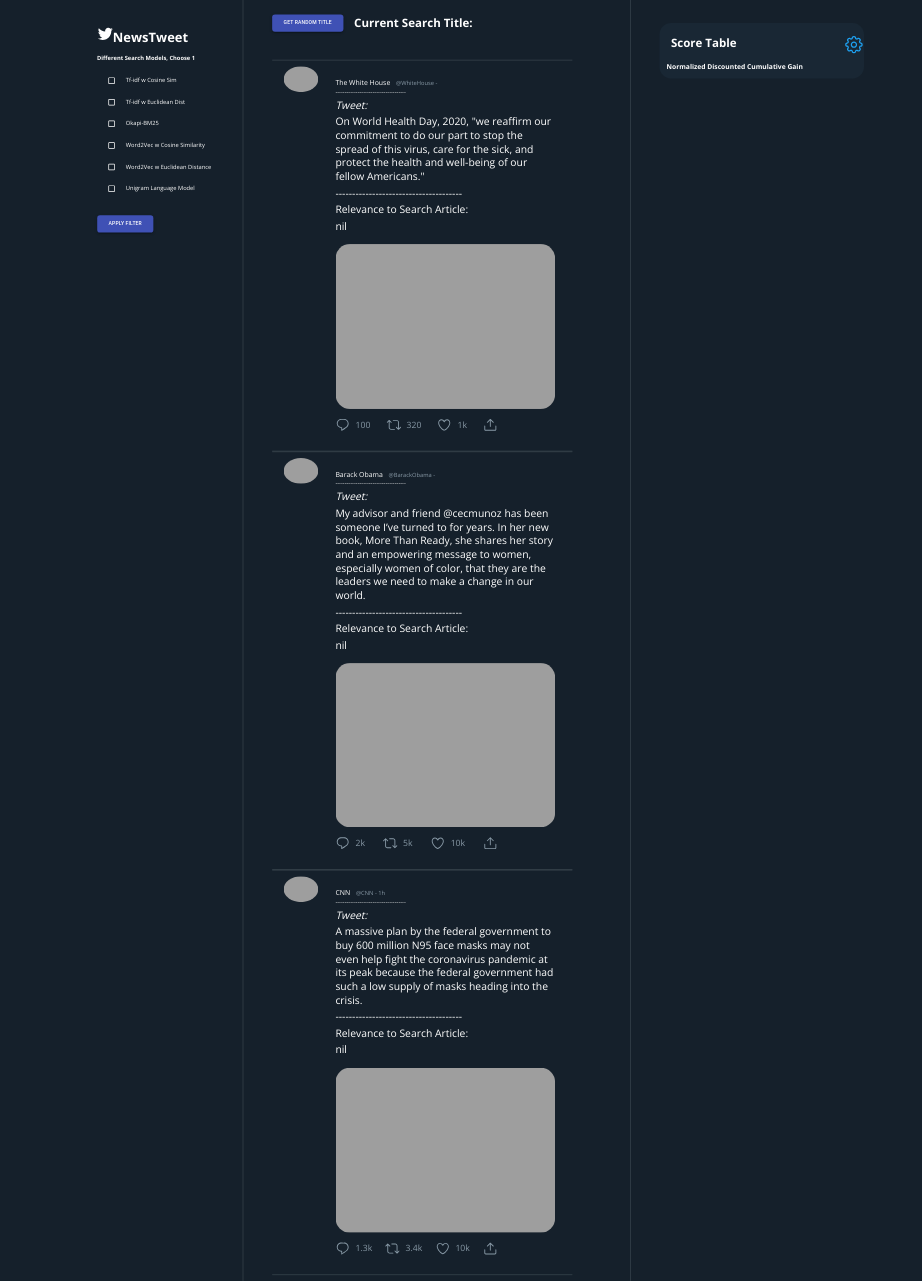
Repository: Dustyik/IR-tweets---disaster-
Page: / (app in Frontend/)
The author's editor kept a copy of each file at every save. The page is drawn from the files as they stood at one save, then again after the next save.
The browser window is 1280 px wide. The pictures show the whole page, at 72% of full size.
Pictures or frames that could not be fetched are drawn as grey boxes. The page's requests for data from a server got no answer. The project was rebuilt for these pictures with package versions that can differ from the ones it lists, and the page was loaded fresh each time. No one was signed in, and anything a server would have sent is missing. Also part of the build but not shown: Frontend/src/components/trending/Trend.js, Frontend/src/components/trending/FollowSuggestionCard.js, Frontend/src/styles/FollowList.css, Frontend/src/components/trending/FollowSuggestionsList.js, Frontend/src/components/StatusCard.js, Frontend/src/pages/Status.js, Frontend/src/components/profile/ProfileHead.js, Frontend/src/components/profile/ProfileDetails.js and 2 more.

Above is the page before, as saved 2021-08-09 17:54:28.

### Frontend/public/index.html
<!DOCTYPE html>
<html lang="en">

<head>
  <meta charset="utf-8" />
  <link rel="icon" href="%PUBLIC_URL%/favicon.ico" />
  <meta name="viewport" content="width=device-width, initial-scale=1" />
  <meta name="theme-color" content="#000000" />
  <meta name="description" content="Web site created using create-react-app" />
  <link rel="apple-touch-icon" href="%PUBLIC_URL%/logo192.png" />
  <link href="https://fonts.googleapis.com/css2?family=Open+Sans:wght@400;700&display=swap" rel="stylesheet">
  <!--
      manifest.json provides metadata used when your web app is installed on a
      user's mobile device or desktop. See https://developers.google.com/web/fundamentals/web-app-manifest/
    -->
  <link rel="manifest" href="%PUBLIC_URL%/manifest.json" />
  <!--
      Notice the use of %PUBLIC_URL% in the tags above.
      It will be replaced with the URL of the `public` folder during the build.
      Only files inside the `public` folder can be referenced from the HTML.

      Unlike "/favicon.ico" or "favicon.ico", "%PUBLIC_URL%/favicon.ico" will
      work correctly both with client-side routing and a non-root public URL.
      Learn how to configure a non-root public URL by running `npm run build`.
    -->
  <title>React App</title>
</head>

<body>
  <noscript>You need to enable JavaScript to run this app.</noscript>
  <div id="root"></div>
  <!--
      This HTML file is a template.
      If you open it directly in the browser, you will see an empty page.

      You can add webfonts, meta tags, or analytics to this file.
      The build step will place the bundled scripts into the <body> tag.

      To begin the development, run `npm start` or `yarn start`.
      To create a production bundle, use `npm run build` or `yarn build`.
    -->
</body>

</html>

### Frontend/src/App.js
import React from 'react';
import { BrowserRouter as Router, Route } from 'react-router-dom';
import './App.css';
import { Sidebar } from './components/Sidebar';
import { Home } from './pages/Home';
import { Trending } from './components/trending/Trending';
import { GlobalProvider } from './context/GlobalState';
import { Status } from './pages/Status';
import ScrollToTop from './utils/ScrollToTop';
import { Profile } from './pages/Profile';

function App() {
  return (
    <GlobalProvider >
      <Router >

        <ScrollToTop>
          <div className="App">
            <div className="side-nav">
              <Sidebar />
            </div>
            <div className="main trending">

              <Route exact path="/" component={Home} />
              { /*
              <Route exact path="/:id" component={Profile} />
              <Route exact path="/status/:id" component={Status} />
              */}


            </div>

            <div className="trending">
              <Trending />
            </div>
          </div>
        </ScrollToTop>

      </Router>
    </GlobalProvider>
  );
}

export default App;

### Frontend/src/App.css
:root {
    --body-bg        : rgb(21, 32, 43);
    --sky-blue       : rgba(29, 161, 242, 1.00);
    --light          : rgba(255, 255, 2555);
    --grey           : rgb(136, 153, 166);
    --border         : rgb(56, 68, 77);
    --thick-border   : rgb(37, 51, 65);
    --thick-border   : rgb(37, 51, 65);
    --card-background: rgb(25, 39, 52);
}

body {
    background-color: var(--body-bg);
    font-family     : 'Open Sans', sans-serif;
    padding         : 0;
    margin          : 0;
    color           : var(--light);
}

html {
    font-size: 8px;
}

::-webkit-input-placeholder {
    /* Chrome/Opera/Safari */
    font-size  : 2.5rem;
    color      : #9197a3;
    font-weight: 400;
}

::-moz-placeholder {
    /* Firefox 19+ */
    font-size  : 2.5rem;
    color      : #9197a3;
    font-weight: 400;
}

:-ms-input-placeholder {
    /* IE 10+ */
    font-size  : 2.5rem;
    color      : #9197a3;
    font-weight: 400;
}

:-moz-placeholder {
    /* Firefox 18- */
    font-size  : 2.5rem;
    color      : #9197a3;
    font-weight: 400;
}

.App {
    display              : grid;
    grid-template-columns: 2.5fr 4fr 3fr;
}

.side-nav {
    padding-left: 40%;
    padding-top : 3rem;
}

.side-nav svg {
    fill : var(--light);
    width: 2.75rem;
}

.side-nav svg:hover {
    fill: var(--sky-blue);
}

.side-nav-item {
    padding: 2rem 0;

}

.side-nav .side-nav-item .side-nav-text {
    font-size     : 2.25rem;
    font-weight   : 700;
    color         : var(--light);
    padding-left  : 3rem;
    vertical-align: bottom;
}

.avatar {
    display: inline;
}

.avatar img {
    border-radius: 50%;
}


/* helper classes */
.p-0 {
    padding: 0
}


.pl-0 {
    padding-left: 0
}

.p-1 {
    padding: 1rem;
}

.p-2 {
    padding: 2rem
}

.pr-0 {
    padding-right: 0
}

.pb-1 {
    padding-bottom: 1rem;
}

.m-0 {
    margin: 0
}

.mb-0 {
    margin-bottom: 0;
}

.text-center {
    text-align: center;
}

.w-100 {
    width: 100%;
}

.pl-1 {
    padding-left: 1rem;
}

.pr-1 {
    padding-right: 1rem;
}

ul {
    list-style: none;
}

.flex-align-center {
    display    : flex;
    align-items: center;
}

.flex-space-between {
    display        : flex;
    justify-content: space-between;
}

.inline-block {
    display: inline-block;

}


.btn {
    color      : var(--light);
    font-weight: 700;
    cursor     : pointer;
    border     : none;
    background : transparent;
}

.tweet-btn {
    border-radius   : 4rem;
    font-size       : 2rem;
    padding         : 1.5rem;
    background-color: var(--sky-blue);
    width           : 80%;
}

.follow-btn {
    border-radius: 3rem;
    font-size    : 2rem;
    padding      : 0.5rem;
    font-weight  : 700;
    color        : var(--sky-blue);
    border       : 1px solid var(--sky-blue);
}

.pointer {
    cursor: pointer;
}

.bold-dull-para {
    font-size: 1.75rem;
    color    : var(--grey);
}

a {
    text-decoration: none;
    color          : inherit;
}

h1 {
    font-size  : 2.25rem;
    font-weight: 700;
    color      : var(--light);
}

h2 {
    font-size  : 2rem;
    font-weight: 700;
    color      : var(--light);
}

input:focus {
    outline: none;
}

### Frontend/src/components/Sidebar.js
import React, {useState, useContext} from 'react';
import { Logo, HomeIcon, ExploreIcon, NotificationIcon, MessageIcon, BookmarkIcon, ListsIcon, MoreIcon } from '../images/svg/svgs';
import { SmallAvatar } from '../images/avatars';
import { Checkbox } from '@material-ui/core';
import { Button } from '@material-ui/core';
import * as API from "../apifunctions"
import { GlobalContext } from '../context/GlobalState'
import { uniqueNamesGenerator, Config, adjectives, colors, animals } from 'unique-names-generator';


const SEARCH_MODELS = ["Tf-idf w Cosine Sim", "Tf-idf w Euclidean Dist", "Okapi-BM25", "Word2Vec w Cosine Similarity", "Word2Vec w Euclidean Distance", "Unigram Language Model"]

export const Sidebar = () => {
    const profImageurl = 'https://pbs.twimg.com/profile_images/1247964769669136385/KVCROk2D_bigger.jpg';
    const [searchModelsLocalState, setSearchModelsLocalState] = useState([])

    const {setSearchModels, searchModels, title, removeAllTweets, addTweet, addRankingScore, getRankingScore} = useContext(GlobalContext);

    const checkBoxToggled = (event) => {
        const id = event.id
        const checkValue = event.checked

        if (checkValue){
            setSearchModels(id)
            setSearchModelsLocalState(id)
        }
    }

    const applyFilter = () => {
        API.applySearchFilters(searchModels, title.title, title.id).then(
            res => {
                removeAllTweets()
                const data = JSON.parse(res.data.pandas_data)
                const ranking = res.data.ranking_score
                addRankingScore(ranking)



                console.log(data)

                const relevanceData = data.relevance_score
                const tweetData = data.tweet
                const tweetIdData = data.id
                const relatedArticlesData = data.article_id

                for (let i = 0; i < Object.keys(relevanceData).length; i++){
                    let pxSize = 140 + i*3
                    const newTweet = {
                        name: uniqueNamesGenerator({dictionaries: [adjectives, colors, animals]}),
                        tweet: tweetData[i],
                        relevance: relevanceData[i],
                        image: `https://placeimg.com/${pxSize}/${pxSize}/any`
                    }
                    addTweet(newTweet)
                }

            }
        )
    }

    const createCheckBoxes = () =>
        SEARCH_MODELS.map((e) => {

            return (
                <div>
                <Checkbox
                size = "medium"
                id = {e}
                onChange = {(e) => checkBoxToggled(e.target)}
                checked = {searchModelsLocalState == e}
                >
                </Checkbox>
                {e}

                </div>
            )
        }
    )


    const checkBoxes = createCheckBoxes()

    return (
        <div>
            <div className="side-nav-header">

                <h1>
                <Logo />
                    NewsTweet
                </h1>
            </div>
            <h4>
                Different Search Models,
                Choose 1
            </h4>



            {checkBoxes}

            <div>
                &nbsp;
            </div>
            <div>
                &nbsp;
            </div>

            <Button
                onClick = {applyFilter}
                variant="contained" color="primary">
                Apply Filter
            </Button>



        </div>
    )
}

### Frontend/src/components/trending/Trending.js
import React from 'react';
import '../../styles/Trending.css';
import { SearchIcon } from '../../images/svg/svgs'
import { TrendsList } from './TrendsList';
import { FollowSuggestionsList } from './FollowSuggestionsList';


export const Trending = () => {
    return (
        <>
            <div>

                <div className="trends-list m-0">

                    <TrendsList />

                </div>
                {/*
                <div className="follow-list">
                    <FollowSuggestionsList />
                </div>
                */}
            </div>
        </>
    )
}

### Frontend/src/utils/ScrollToTop.js
import React, { useEffect, Fragment } from 'react';
import { withRouter } from 'react-router-dom';

function ScrollToTop({ history, children }) {
    useEffect(() => {
        const unlisten = history.listen(() => {
            window.scrollTo(0, 0);
        });
        return () => {
            unlisten();
        }
    }, []);

    return <Fragment>{children}</Fragment>;
}

export default withRouter(ScrollToTop);

### Frontend/src/images/avatars.js
import React from 'react'

export const SmallAvatar = ({ width, image }) => {
    return (
        <div className="avatar">
            <img width={width} src={image} alt="avatar" />
        </div>
    )
}

### Frontend/src/apifunctions.js
import axios from 'axios';

export const getTitles = () => {
    console.log("get Titles called")
    return axios.get("http://localhost:5000/getTitles")
}

export const applySearchFilters = (data, title, id) => {
    return axios.post("http://localhost:5000/applySearchModels", {
            data: data,
            queryTitle: title,
            articleId: id

        }
    )
}

### Frontend/src/styles/Main.css
/* main styles */
.main {
    border-left : 1px solid var(--border);
    border-right: 1px solid var(--border);
    ;
}

.home {
    padding-left : 2.5rem;
    border-bottom: 1px solid var(--border);
}

.new-tweet {
    padding              : 1rem;
    display              : grid;
    grid-template-columns: 1fr 9fr;
    border-bottom        : 1rem solid var(--thick-border);
}

.new-tweet .left,
.right {
    padding: 0 1rem;
}

.new-tweet input {
    padding    : 2rem 0;
    background : transparent;
    border     : none;
    color      : var(--light);
    font-size  : 2rem;
    font-weight: 700;
}

.new-tweet-options {
    padding-right  : 1rem;
    display        : flex;
    justify-content: space-between;
    align-items    : center;
}

.new-tweet .add-icons {
    margin-right: 1rem;
}

.new-tweet .add-icons svg {
    width  : 3rem;
    fill   : var(--sky-blue);
    padding: 1rem;
}

.new-tweet .add-icons svg:first-child {
    padding-left: 0;
}

### Frontend/src/components/TweetList.js
import React, { useContext } from 'react'
import TweetCard from './TweetCard'
import { GlobalContext } from '../context/GlobalState'

export const TweetList = () => {
    const { tweets } = useContext(GlobalContext);

    return (
        <>
            {tweets.map((tweet, index) => (<TweetCard key={index} tweet={tweet} />))}
        </>
    )
}

### Frontend/src/styles/Trending.css
.trending {
    padding: 1rem 10rem 1rem 5rem;
}

.trending .search-box {
    width     : 100%;
    background: transparent;

    background-color: var(--thick-border);
    border-radius   : 5rem;
    border          : none;
}

.trending .search-box svg {
    width       : 3rem;
    fill        : var(--grey);
    padding-left: 1rem;

}

.trending .search-box input {
    padding   : 1.5rem;
    font-size : 2rem;
    width     : 100%;
    background: transparent;
    border    : none;
    color     : var(--light);
}

.trends-list {
    background-color: var(--card-background);
    border-radius   : 2rem;
    margin-top      : 3rem;
}

.trends-list h1 {
    padding: 1rem 2rem;

}

.trends-for-you {
    padding-top: 2rem;
    padding-left: 2rem;
}

.trends-for-you svg {
    width: 3.5rem;
    fill : var(--sky-blue);
}

.trends-card {
    border-top   : 1px solid var(--border);
    border-bottom: 1px solid var(--border);
    padding      : 2rem;
}

.trends :last-child {
    border-bottom: none;
}

.trends-topic {
    font-size: 1.5rem;
    color    : var(--grey);
}

.trend-tweet-count {
    font-size: 1.75rem;

}



.trending ::-webkit-input-placeholder {
    /* Chrome/Opera/Safari */
    font-size  : 2rem;
    color      : #9197a3;
    font-weight: 400;
}

.trending ::-moz-placeholder {
    /* Firefox 19+ */
    font-size  : 2rem;
    color      : #9197a3;
    font-weight: 400;
}

.trending :-ms-input-placeholder {
    /* IE 10+ */
    font-size  : 2rem;
    color      : #9197a3;
    font-weight: 400;
}

.trending :-moz-placeholder {
    /* Firefox 18- */
    font-size  : 2rem;
    color      : #9197a3;
    font-weight: 400;
}

### Frontend/src/components/trending/TrendsList.js
import React, {useContext} from 'react';
import { Trend } from '../trending/Trend';
import { SettingsIcon } from '../../images/svg/svgs';

import { GlobalContext } from '../../context/GlobalState'


export const TrendsList = () => {

    const {rankingModel} = useContext(GlobalContext);

    const trends = rankingModel.map((trend) => {
        return {
            name: trend[2],
            topic: '',
            tweets: trend[1]
        }

    }).reverse()
    return (
        <div>
            <div className="trends-for-you flex-space-between">
                <h2 className="m-0">Score Table</h2>
                <SettingsIcon />
            </div>
            <h3 style = {{padding:10}}className="m-0">Normalized Discounted Cumulative Gain </h3>

            <div>
            </div>
            <div className="trends">
                {trends.map(trend => (<Trend trend={trend} />))}
            </div>
        </div>
    )
}

### Frontend/src/context/AppReducer.js
const MAX = 30
const MIN = 0

export default (state, action) => {
    switch (action.type) {

        case "ADD_RANKING_SCORE":
            return {
                ...state,
                rankingModel: [...state.rankingModel, action.payload]
            }


        case 'DELETE_TRANSACTION':
            return {
                ...state,
                transactions: state.transactions.filter(transaction => transaction.id !== action.payload)
            }
        case 'ADD_TWEET':
            const newTweet = {
                user: {
                    name: action.payload.name,
                    image: action.payload.image,
                    handle: `@${action.payload.name}`,
                },
                tweet: {
                    content: action.payload.tweet,
                    image: null,
                    comments: Math.floor(Math.random()*(MAX-MIN)+MIN),
                    retweets: Math.floor(Math.random()*(MAX-MIN)+MIN),
                    likes: Math.floor(Math.random()*(MAX-MIN)+MIN),
                    relevance: action.payload.relevance
                }
            };
            return {
                ...state,
                tweets: [...state.tweets, newTweet]
            }

        case "SET_TITLE":
            return {
            ...state,
            title: action.payload
        }

        case "SET_SEARCH_MODEL":
            return {
            ...state,
            searchModels: action.payload
        }

        case "REMOVE_ALL_TWEETS":
            return {
            ...state,
            tweets: []
        }


        default:
            return state
    }
}

### Frontend/src/styles/StatusCard.css
.tweets {}

.status-card {
    /* padding              : 1rem;
    display                 : grid;
    grid-template-columns   : 1fr 9fr; */
    border-bottom           : 0.5px solid var(--border);
    border-top              : 0.5px solid var(--border);

}

.status-card .left,
.right {
    padding: 2rem;
}

.status-card .left {
    display    : flex;
    align-items: center;

}

.status-card .right {
    padding-top: 0;
}

.status-card .status-card-name {
    font-size    : 2rem;
    font-weight  : 700;
    padding-right: 1rem;
}

.status-card .status-card-handle,
.status-card-time {
    font-size: 1.5rem;
    color    : var(--grey);
}

.status-card .status-card-body .status-card-content p {
    font-size : 2.5rem;
    margin-top: .5rem;
}

.status-card .status-card-body .status-card-image {
    margin-top: 2rem;
}

.status-card .status-card-body .status-card-image img {
    width        : 100%;
    border-radius: 20px;
}

.status-card .status-card-footer {
    padding-right: 10rem;
    display      : flex;

    justify-content: space-around;
    padding-top    : 1rem;
    width          : 100%;
}

.status-card .status-card-footer svg {
    fill : var(--grey);
    width: 2.5rem;
}

.status-card .status-card-footer .tweet-cars-icon {
    line-height : 2;
    font-size   : 1.5rem;
    color       : var(--grey);
    padding-left: 1rem;
}

.status {
    display    : flex;
    align-items: center;
    padding    : 0 2rem;
    display    : flex;
    align-items: center;
}

.status h1 {
    display     : inline-block;
    padding-left: 1rem;
}

.status svg {
    width: 4rem;
    fill : var(--sky-blue);
}

### Frontend/src/styles/TweetCard.css
.tweets {}

.tweet-card {
    padding              : 1rem;
    display              : grid;
    grid-template-columns: 1fr 9fr;
    border-bottom        : 0.5px solid var(--border);
    border-top           : 0.5px solid var(--border);

}

.tweet-card .left,
.right {
    padding: 0 1rem;
}

.tweet-card .tweet-card-head .tweet-card-name {
    font-size    : 1.2rem;
    font-weight  : 300;
    padding-right: 1rem;
}

.tweet-card .tweet-card-head .tweet-card-name:hover {
    text-decoration: underline;
}

.tweet-card .tweet-card-head .tweet-card-handle,
.tweet-card-time {
    font-size: rem;
    color    : var(--grey);
}

.tweet-card .tweet-card-body .tweet-card-content p {
    font-size : 1.8rem;
    margin-top: .5rem;
}

.tweet-card .tweet-card-body .tweet-card-image {
    margin-top: 2rem;
}

.tweet-card .tweet-card-body .tweet-card-image img {
    width        : 100%;
    border-radius: 20px;
}

.tweet-card .tweet-card-footer {
    padding-right  : 10rem;
    display        : flex;
    justify-content: space-between;
    padding-top    : 1rem;
}

.tweet-card .tweet-card-footer svg {
    fill : var(--grey);
    width: 2.5rem;
}

.tweet-card .tweet-card-footer .tweet-cars-icon {
    line-height : 2;
    font-size   : 1.5REM;
    color       : var(--grey);
    padding-left: 1rem;
}

Loaded but not shown: Frontend/src/index.js (common file); Frontend/src/images/svg/svgs.js (66 lines, source omitted); Frontend/src/context/GlobalState.js (124 lines, source omitted); Frontend/src/components/TweetCard.js (67 lines, source omitted); Frontend/src/pages/Home.js (75 lines, source omitted)

After the next save:
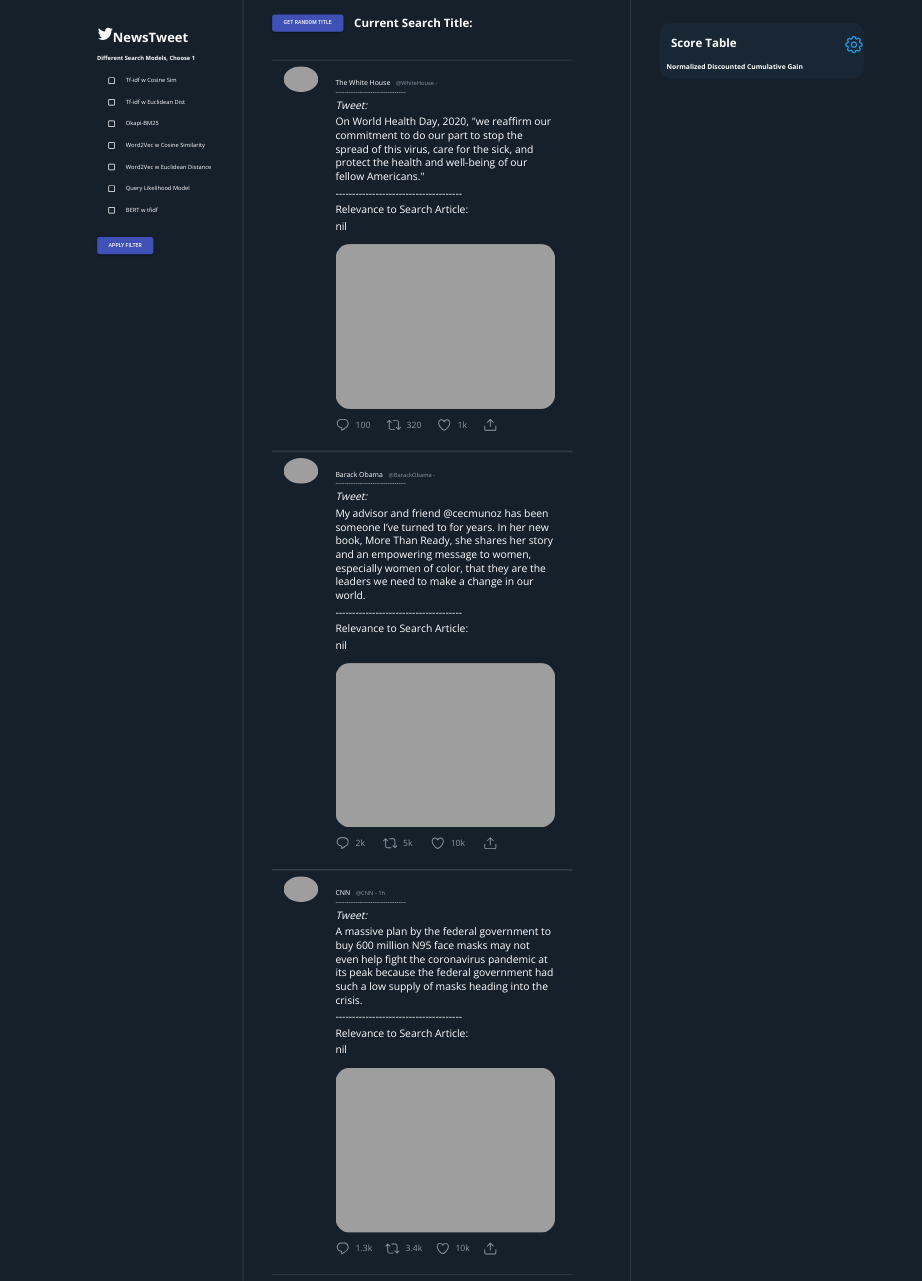
Saved 6 h 19 min later.
--- a/Frontend/src/components/Sidebar.js
+++ b/Frontend/src/components/Sidebar.js
@@ -8,7 +8,13 @@
 import { uniqueNamesGenerator, Config, adjectives, colors, animals } from 'unique-names-generator';
 
 
-const SEARCH_MODELS = ["Tf-idf w Cosine Sim", "Tf-idf w Euclidean Dist", "Okapi-BM25", "Word2Vec w Cosine Similarity", "Word2Vec w Euclidean Distance", "Unigram Language Model"]
+const SEARCH_MODELS = ["Tf-idf w Cosine Sim",
+                "Tf-idf w Euclidean Dist",
+                "Okapi-BM25", "Word2Vec w Cosine Similarity",
+                "Word2Vec w Euclidean Distance",
+                "Query Likelihood Model",
+                "BERT w tfidf"
+            ]
 
 export const Sidebar = () => {
     const profImageurl = 'https://pbs.twimg.com/profile_images/1247964769669136385/KVCROk2D_bigger.jpg';
